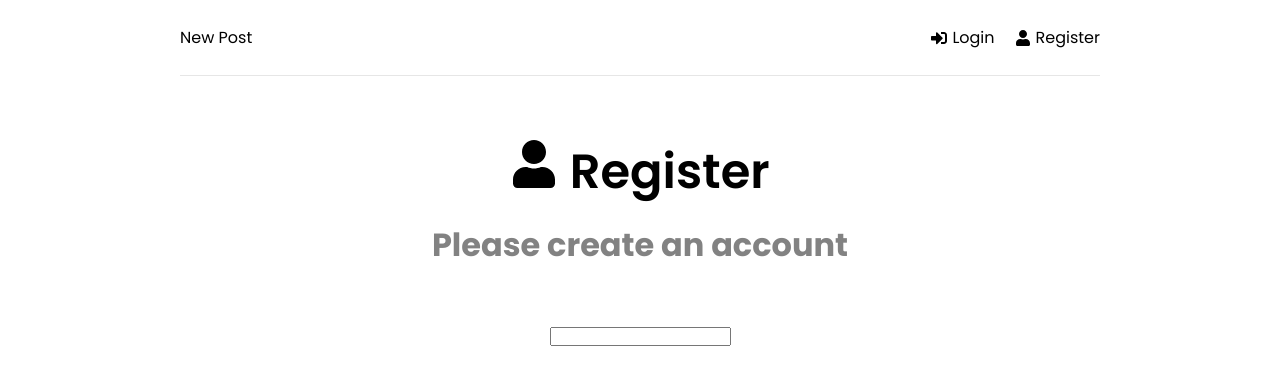
Repository: OdellPurifoy/geek_speek
Page: /register (app in frontend/)
An editor plug-in stored every save of this project. The page is shown before and after the next save, followed by the edit.
The browser window is 1280 px wide. The pictures show the whole page.
The project was rebuilt for these pictures with package versions that can differ from the ones it lists, and the page was loaded fresh each time. Also part of the build but not shown: frontend/src/pages/Dashboard.jsx, frontend/src/pages/Login.jsx.

Above is the page before, as saved 2022-07-06 16:15:43.

### frontend/src/App.js
import { BrowserRouter as Router, Routes, Route } from "react-router-dom";
import Header from "./app/components/Header";
import Dashboard from "./pages/Dashboard";
import Login from "./pages/Login";
import Register from "./pages/Register";

function App() {
  return (
    <>
      <Router>
        <div className="container">
          <Header />
          <Routes>
            <Route path='/' element={<Dashboard />} />
            <Route path='/login' element={<Login />} />
            <Route path='/register' element={<Register />} />
          </Routes>
        </div>
      </Router>
    </>
  );
}

export default App;

### frontend/src/app/components/Header.jsx
import { FaSignInAlt, FaSignOutAlt, FaUser } from "react-icons/fa";
import { Link } from "react-router-dom";

function Header() {
  return (
    <header className="header">
        <div className="logo">
            <Link to='/'>New Post</Link>
        </div>
        <ul>
            <li>
                <Link to='/login'>
                    <FaSignInAlt /> Login
                </Link>
            </li>
            <li>
                <Link to='/register'>
                    <FaUser /> Register
                </Link>
            </li>
        </ul>
    </header>
  )
}

export default Header

### frontend/src/pages/Register.jsx
import { useState, useEffect } from "react";
import { FaUser } from "react-icons/fa";


function Register() {
  const [formData, setFormData] = useState({
    name: '',
    email: '',
    password: '',
    password_confirmation: '',
  })

  const { name, email, password, password_confirmation } = formData

  return (
    <>
      <section className="heading">
        <h1>
          <FaUser /> Register
        </h1>
        <p>Please create an account</p>
      </section>

      <section className="form">
        <form>
          <input type="text" className="form-control" id="name" name="name" value={name}/>
        </form>
      </section>
    </>
  )
}

export default Register

Loaded but not shown: frontend/public/index.html (common file); frontend/src/index.js (common file); frontend/src/app/store.js (common file); frontend/src/reportWebVitals.js (common file); frontend/src/index.css (common file)

After the next save:
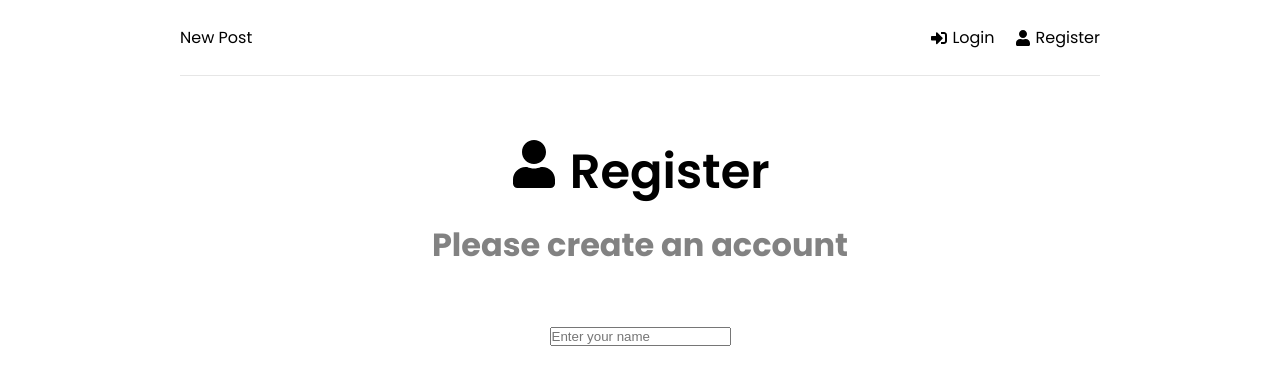
Saved 93 s later.
--- a/frontend/src/pages/Register.jsx
+++ b/frontend/src/pages/Register.jsx
@@ -12,6 +12,8 @@ function Register() {
 
   const { name, email, password, password_confirmation } = formData
 
+  const onChange = () => {}
+
   return (
     <>
       <section className="heading">
@@ -23,7 +25,7 @@ function Register() {
 
       <section className="form">
         <form>
-          <input type="text" className="form-control" id="name" name="name" value={name}/>
+          <input type="text" className="form-control" id="name" name="name" value={name} placeholder="Enter your name" onChange={onChange}/>
         </form>
       </section>
     </>
